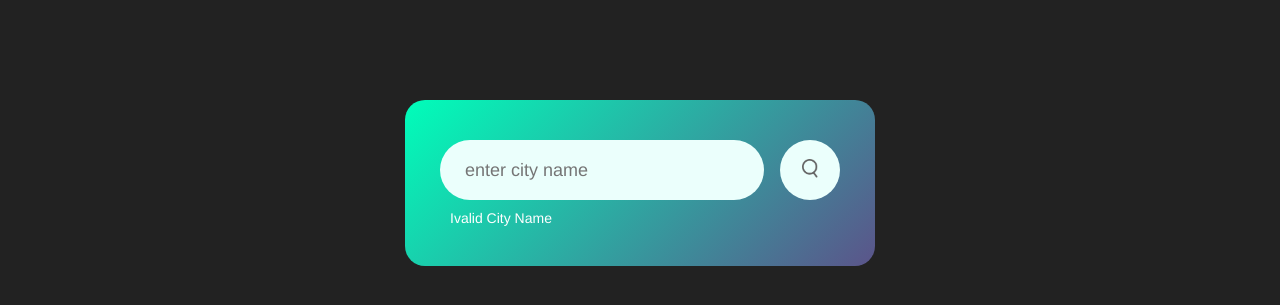
Repository: sodmaq/weatherApp
Page: index.html
The author's editor kept a copy of each file at every save. The page is drawn from the files as they stood at one save, then again after the next save.
The browser window is 1280 px wide. The pictures show the whole page.

Above is the page before, as saved 2023-06-25 14:18:59.

### index.html
<!DOCTYPE html>
<html lang="en">
  <head>
    <meta charset="UTF-8" />
    <meta name="viewport" content="width=device-width, initial-scale=1.0" />
    <link rel="stylesheet" href="style.css" />
    <title>Weather App</title>
  </head>
  <body>
    <div class="card">
      <div class="search">
        <input type="text" placeholder="enter city name" spellcheck="false" />
        <button><img src="images/search.png" alt="search_icon" /></button>
      </div>
      <div class="error">
        <p>Ivalid City Name</p>
      </div>
      <div class="weather">
        <img src="images/rain.png" alt="rain_icon" class="weather-icon" />
        <h1 class="temp">22 °C</h1>
        <h2 class="city">New York</h2>
        <div class="details">
          <div class="col">
            <img src="images/humidity.png" alt="humidity_icon" />
            <div>
              <p class="humidity">50%</p>
              <p>humidity</p>
            </div>
          </div>
          <div class="col">
            <img src="images/wind.png" alt="wind_icon" />
            <div>
              <p class="wind">15 km/h</p>
              <p>Wind Speed</p>
            </div>
          </div>
        </div>
      </div>
    </div>
    <script src="main.js"></script>
  </body>
</html>

### style.css
* {
  margin: 0;
  padding: 0;
  font-family: "Franklin Gothic Medium", "Arial Narrow", Arial, sans-serif;
  box-sizing: border-box;
}

body {
  background-color: #222;
}

.card {
  width: 90%;
  max-width: 470px;
  background: linear-gradient(135deg, #00feba, #5b548a);
  color: #fff;
  margin: 100px auto 0;
  border-radius: 20px;
  padding: 40px 35px;
  text-align: center;
}

.search {
  width: 100%;
  display: flex;
  align-items: center;
  justify-content: space-between;
}

.search input {
  border: 0;
  outline: 0;
  background: #ebfffc;
  color: #555;
  padding: 10px 25px;
  height: 60px;
  border-radius: 30px;
  flex: 1;
  margin-right: 16px;
  font-size: 18px;
}

.search button {
  border: 0;
  outline: 0;
  background: #ebfffc;
  border-radius: 50%;
  width: 60px;
  height: 60px;
  cursor: pointer;
}

.search button img {
  width: 16px;
}

.weather-icon {
  width: 170px;
  margin-top: 30px;
}

.weather h1 {
  font-size: 80px;
  font-weight: 500;
}

.weather h2 {
  font-size: 45px;
  font-weight: 400;
  margin-top: -10px;
}

.details {
  display: flex;
  align-items: center;
  justify-content: space-between;
  padding: 0 20px;
  margin-top: 50px;
}

.col {
  display: flex;
  align-items: center;
  text-align: left;
}

.col img {
  width: 40px;
  margin-right: 10px;
}

.humidity,
.wind {
  font-size: 28px;
  margin-top: -6px;
}
.weather{
  display: none;
}
.error{
  text-align: left;
  margin-left: 10px;
  font-size: 14px;
  margin-top: 10px;
  display: ;
}

### main.js
const apikey = "7d6e6749b309d6d1e4633769c53216d1";
const apiUrl =
  "https://api.openweathermap.org/data/2.5/weather?units=metric&q=";

const searchBox = document.querySelector(".search input");
const searchBtn = document.querySelector(".search button");
const weatherIcon = document.querySelector(".weather-icon");
async function checkWeather() {
  const response = await fetch(apiUrl + city + `&appid=${apikey}`);
  var data = await response.json();
  console.log(data);

  document.querySelector(".city").innerHTML = data.name;
  document.querySelector(".temp").innerHTML = Math.round(data.main.temp + "°C");
  document.querySelector(".humidity").innerHTML = data.main.humidity + "%";
  document.querySelector(".wind").innerHTML = data.wind.speed + " km/h";

  if (data.weather[0].main === "Clouds") {
    weatherIcon.src = "images/clouds.png";
  } else if (data.weather[0].main === "Clear") {
    weatherIcon.scr = "images/clear.png";
  } else if (data.weather[0].main === "Rain") {
    weatherIcon.scr = "images/rain.png";
  } else if (data.weather[0].main === "Drizzle") {
    weatherIcon.scr = "images/drizzle.png";
  } else if (data.weather[0].main === "Mist") {
    weatherIcon.scr = "images/mist.png";
  }

  document.querySelector(".weather").style.display = "block";
}
searchBtn.addEventListener("click", () => {
  checkWeather(searchBox);
});

After the next save:
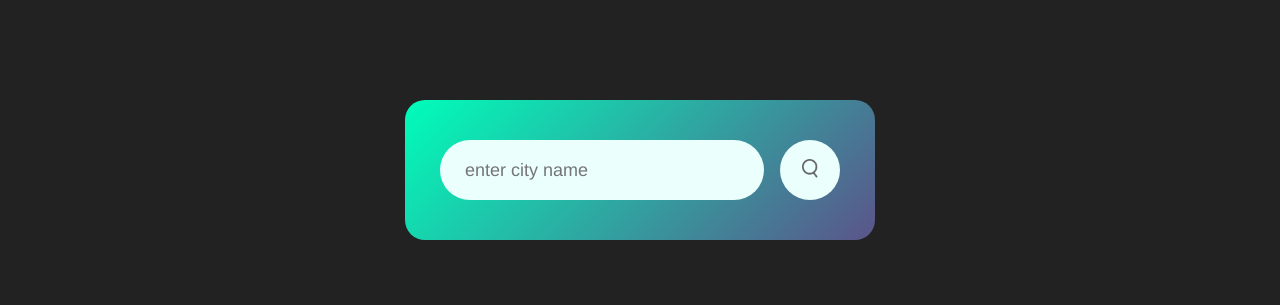
Saved 7 s later.
--- a/style.css
+++ b/style.css
@@ -102,5 +102,5 @@ body {
   margin-left: 10px;
   font-size: 14px;
   margin-top: 10px;
-  display: ;
+  display: none;
 }
